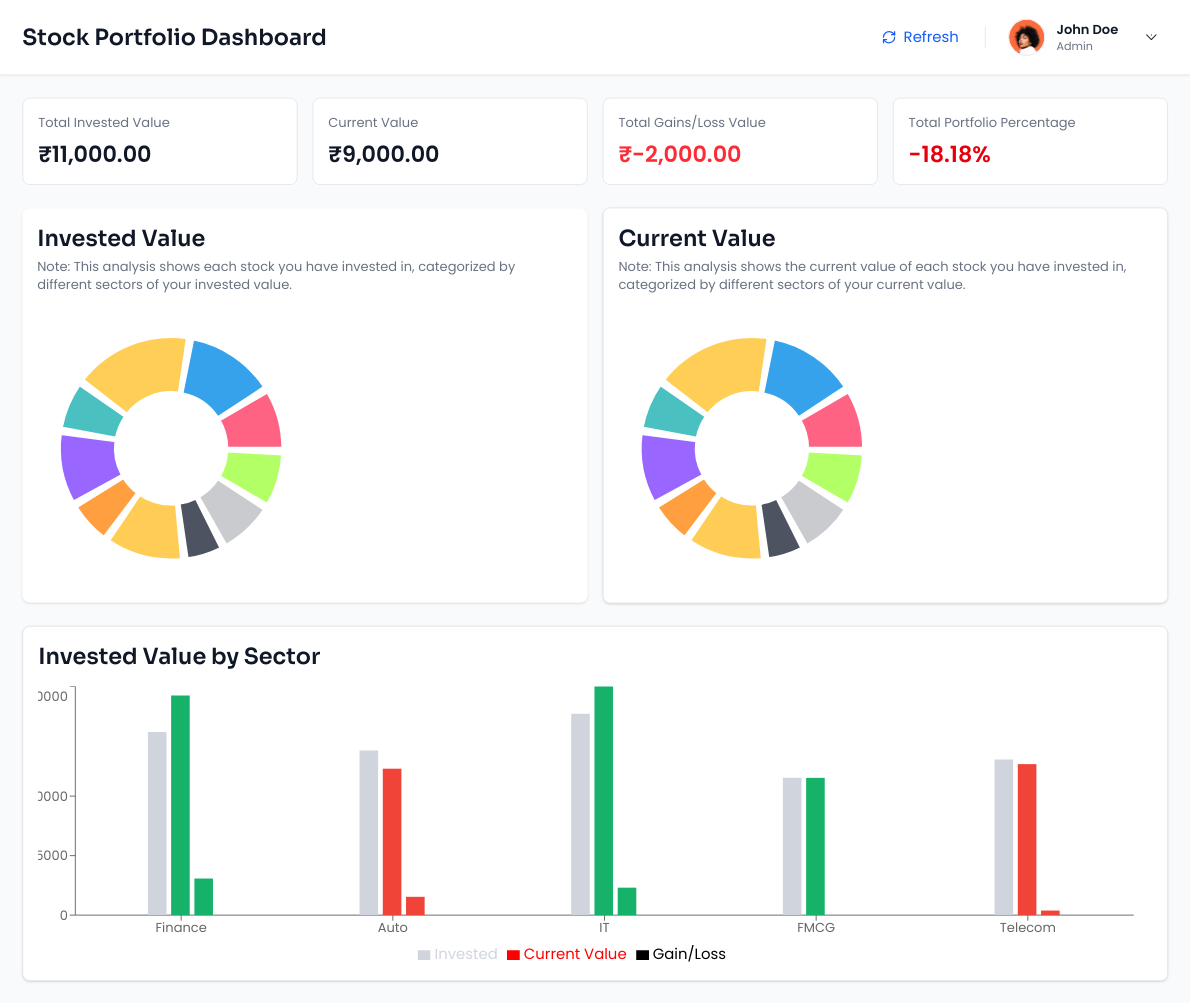
Repository: jabir12-12/inten-project
Page: /
An editor plug-in stored every save of this project. The page is shown before and after the next save, followed by the edit.
The browser window is 1280 px wide. The pictures show the whole page, at 93% of full size.
The project was rebuilt for these pictures with package versions that can differ from the ones it lists, and the page was loaded fresh each time. The framework's server and built-in components were replaced by stand-ins that run in the browser. Also part of the build but not shown: next.config.ts.

Above is the page before, as saved 2025-05-17 15:47:41.

After the next save:
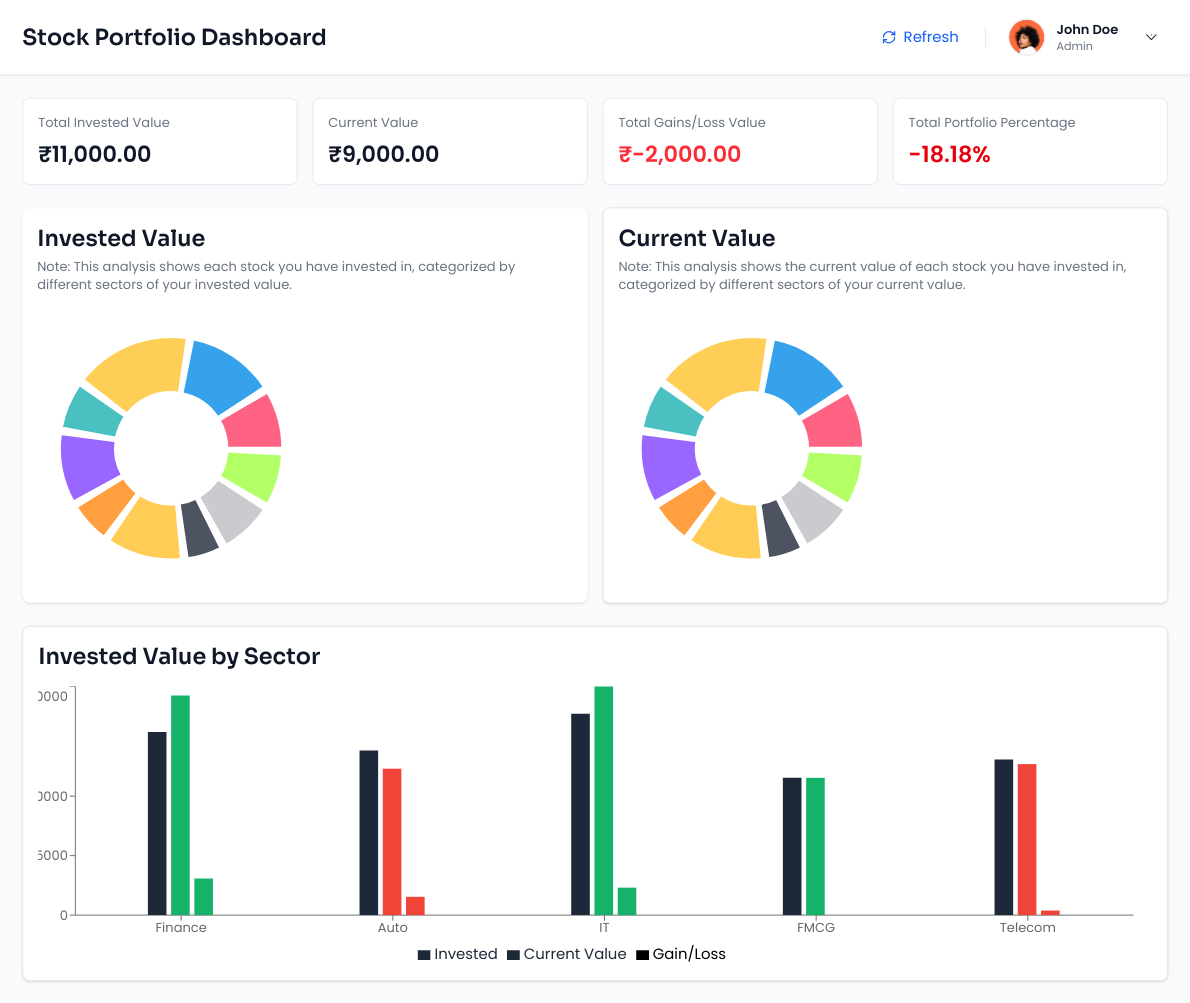
Saved 84 s later.
--- a/src/pages/index.tsx
+++ b/src/pages/index.tsx
@@ -291,14 +291,14 @@ export default function Home() {
               <Legend />
 
               {/* Invested: Always Gray */}
-              <Bar dataKey="invested" name="Invested" fill="#D0D5DD" barSize={20} />
+              <Bar dataKey="invested" name="Invested" fill="#1D2939" barSize={20} />
 
               {/* Current: Dynamic Color */}
               <Bar
                 dataKey="current"
                 name="Current Value"
                 barSize={20}
-                fill="red"
+                fill="#1D2939"
                 shape={(props: any) => {
                   const { x, y, width, height, payload } = props;
                   const fill = payload.current >= payload.invested ? "#17B26A" : "#F04438";
